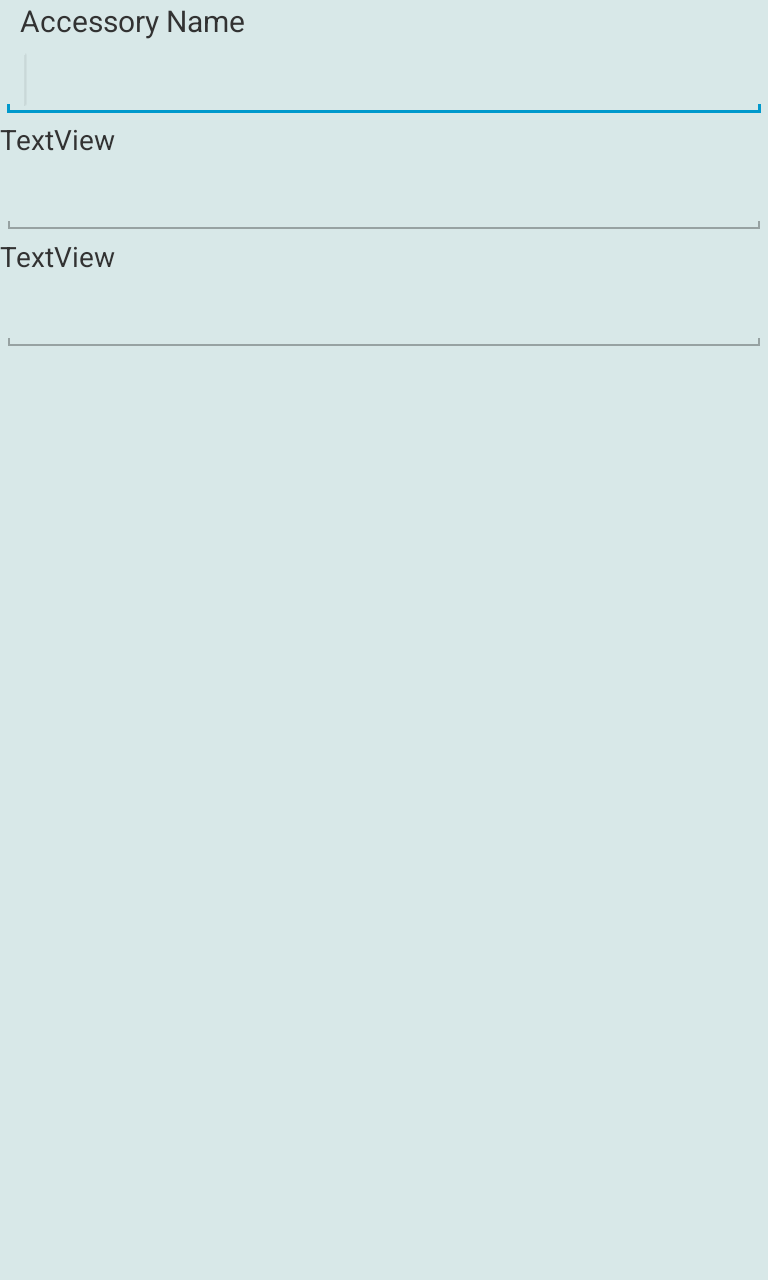
Repository: jemcphe/XCell
Layout: XCell/res/layout/frag_accessories.xml
An editor plug-in stored every save of this project. The layout is shown before and after the next save, followed by the edit.
It is drawn on a 768 x 1280 px phone screen (xhdpi) without system bars, with theme Theme.Xcell; the app's code is not run.

Above is the layout before, as saved 2013-08-16 02:32:04.

### XCell/res/layout/frag_accessories.xml
<?xml version="1.0" encoding="utf-8"?>
<LinearLayout xmlns:android="http://schemas.android.com/apk/res/android"
    android:id="@+id/frag_accessories"
    android:layout_width="match_parent"
    android:layout_height="match_parent"
    android:background="@color/background_xcell"
    android:orientation="vertical" >

    <TextView
        android:layout_width="300dp"
        android:layout_height="wrap_content"
        android:textSize="15dp"
        android:layout_marginLeft="10dp"
        android:text="Accessory Name"/>

    <EditText
        android:id="@+id/editText1"
        android:layout_width="match_parent"
        android:layout_height="wrap_content"
        android:ems="10" >

        <requestFocus />
    </EditText>

    <TextView
        android:id="@+id/textView1"
        android:layout_width="wrap_content"
        android:layout_height="wrap_content"
        android:text="TextView" />

    <EditText
        android:id="@+id/editText2"
        android:layout_width="match_parent"
        android:layout_height="wrap_content"
        android:ems="10"
        android:inputType="numberDecimal" />

    <TextView
        android:id="@+id/textView2"
        android:layout_width="wrap_content"
        android:layout_height="wrap_content"
        android:text="TextView" />

    <EditText
        android:id="@+id/editText3"
        android:layout_width="match_parent"
        android:layout_height="wrap_content"
        android:ems="10"
        android:inputType="number" />

</LinearLayout>

### XCell/res/values/styles_xcell.xml
<?xml version="1.0" encoding="utf-8"?>

<resources>

    <style name="Theme.Xcell" parent="@android:style/Theme.Holo.Light">
        <item name="android:actionBarItemBackground">@drawable/selectable_background_xcell</item>
        <item name="android:popupMenuStyle">@style/PopupMenu.Xcell</item>
        <item name="android:dropDownListViewStyle">@style/DropDownListView.Xcell</item>
        <item name="android:actionBarTabStyle">@style/ActionBarTabStyle.Xcell</item>
        <item name="android:actionDropDownStyle">@style/DropDownNav.Xcell</item>
        <item name="android:actionBarStyle">@style/ActionBar.Solid.Xcell</item>
        <item name="android:actionModeBackground">@drawable/cab_background_top_xcell</item>
        <item name="android:actionModeSplitBackground">@drawable/cab_background_bottom_xcell</item>
        <item name="android:actionModeCloseButtonStyle">@style/ActionButton.CloseMode.Xcell</item>


    </style>

    <style name="ActionBar.Solid.Xcell" parent="@android:style/Widget.Holo.Light.ActionBar.Solid">
        <item name="android:background">@drawable/ab_background_textured_xcell</item>
        <item name="android:backgroundStacked">@drawable/ab_stacked_solid_xcell</item>
        <item name="android:backgroundSplit">@drawable/ab_background_textured_xcell</item>
        <item name="android:progressBarStyle">@style/ProgressBar.Xcell</item>
    </style>

    <style name="ActionBar.Transparent.Xcell" parent="@android:style/Widget.Holo.Light.ActionBar">
        <item name="android:background">@drawable/ab_transparent_xcell</item>
        <item name="android:progressBarStyle">@style/ProgressBar.Xcell</item>
    </style>

    <style name="PopupMenu.Xcell" parent="@android:style/Widget.Holo.Light.ListPopupWindow">
        <item name="android:popupBackground">@drawable/menu_dropdown_panel_xcell</item>
    </style>

    <style name="DropDownListView.Xcell" parent="@android:style/Widget.Holo.Light.ListView.DropDown">
        <item name="android:listSelector">@drawable/selectable_background_xcell</item>
    </style>

    <style name="ActionBarTabStyle.Xcell" parent="@android:style/Widget.Holo.Light.ActionBar.TabView">
        <item name="android:background">@drawable/tab_indicator_ab_xcell</item>
    </style>

    <style name="DropDownNav.Xcell" parent="@android:style/Widget.Holo.Light.Spinner">
        <item name="android:background">@drawable/spinner_background_ab_xcell</item>
        <item name="android:popupBackground">@drawable/menu_dropdown_panel_xcell</item>
        <item name="android:dropDownSelector">@drawable/selectable_background_xcell</item>
    </style>

    <style name="ProgressBar.Xcell" parent="@android:style/Widget.Holo.Light.ProgressBar.Horizontal">
        <item name="android:progressDrawable">@drawable/progress_horizontal_xcell</item>
    </style>

    <style name="ActionButton.CloseMode.Xcell" parent="@android:style/Widget.Holo.Light.ActionButton.CloseMode">
        <item name="android:background">@drawable/btn_cab_done_xcell</item>
    </style>

    <!-- this style is only referenced in a Light.DarkActionBar based theme -->
    <style name="Theme.Xcell.Widget" parent="@android:style/Theme.Holo">
        <item name="android:popupMenuStyle">@style/PopupMenu.Xcell</item>
        <item name="android:dropDownListViewStyle">@style/DropDownListView.Xcell</item>
    </style>

</resources>

### XCell/res/drawable/selectable_background_xcell.xml
<?xml version="1.0" encoding="utf-8"?>
<!-- File created by the Android Action Bar Style Generator

     Copyright (C) 2011 The Android Open Source Project
     Copyright (C) 2012 readyState Software Ltd

     Licensed under the Apache License, Version 2.0 (the "License");
     you may not use this file except in compliance with the License.
     You may obtain a copy of the License at

          http://www.apache.org/licenses/LICENSE-2.0

     Unless required by applicable law or agreed to in writing, software
     distributed under the License is distributed on an "AS IS" BASIS,
     WITHOUT WARRANTIES OR CONDITIONS OF ANY KIND, either express or implied.
     See the License for the specific language governing permissions and
     limitations under the License.
-->

<selector xmlns:android="http://schemas.android.com/apk/res/android"
        android:exitFadeDuration="@android:integer/config_mediumAnimTime" >
    <item android:state_pressed="false" android:state_focused="true" android:drawable="@drawable/list_focused_xcell" />
    <item android:state_pressed="true" android:drawable="@drawable/pressed_background_xcell" />
    <item android:drawable="@android:color/transparent" />
</selector>

### XCell/res/drawable/btn_cab_done_xcell.xml
<?xml version="1.0" encoding="utf-8"?>
<!-- File created by the Android Action Bar Style Generator

     Copyright (C) 2011 The Android Open Source Project
     Copyright (C) 2012 readyState Software Ltd

     Licensed under the Apache License, Version 2.0 (the "License");
     you may not use this file except in compliance with the License.
     You may obtain a copy of the License at

          http://www.apache.org/licenses/LICENSE-2.0

     Unless required by applicable law or agreed to in writing, software
     distributed under the License is distributed on an "AS IS" BASIS,
     WITHOUT WARRANTIES OR CONDITIONS OF ANY KIND, either express or implied.
     See the License for the specific language governing permissions and
     limitations under the License.
-->

<selector xmlns:android="http://schemas.android.com/apk/res/android">
    <item android:state_pressed="true"
        android:drawable="@drawable/btn_cab_done_pressed_xcell" />
    <item android:state_focused="true" android:state_enabled="true"
        android:drawable="@drawable/btn_cab_done_focused_xcell" />
    <item android:state_enabled="true"
        android:drawable="@drawable/btn_cab_done_default_xcell" />
</selector>

### XCell/res/drawable/ab_background_textured_xcell.xml
<?xml version="1.0" encoding="utf-8"?>
<!-- File created by the Android Action Bar Style Generator

     Copyright (C) 2012 readyState Software Ltd

     Licensed under the Apache License, Version 2.0 (the "License");
     you may not use this file except in compliance with the License.
     You may obtain a copy of the License at

          http://www.apache.org/licenses/LICENSE-2.0

     Unless required by applicable law or agreed to in writing, software
     distributed under the License is distributed on an "AS IS" BASIS,
     WITHOUT WARRANTIES OR CONDITIONS OF ANY KIND, either express or implied.
     See the License for the specific language governing permissions and
     limitations under the License.
-->

<bitmap xmlns:android="http://schemas.android.com/apk/res/android"
    android:src="@drawable/ab_texture_tile_xcell"
    android:tileMode="repeat" />

### XCell/res/drawable/progress_horizontal_xcell.xml
<?xml version="1.0" encoding="utf-8"?>
<!-- File created by the Android Action Bar Style Generator

     Copyright (C) 2011 The Android Open Source Project
     Copyright (C) 2012 readyState Software Ltd

     Licensed under the Apache License, Version 2.0 (the "License");
     you may not use this file except in compliance with the License.
     You may obtain a copy of the License at

          http://www.apache.org/licenses/LICENSE-2.0

     Unless required by applicable law or agreed to in writing, software
     distributed under the License is distributed on an "AS IS" BASIS,
     WITHOUT WARRANTIES OR CONDITIONS OF ANY KIND, either express or implied.
     See the License for the specific language governing permissions and
     limitations under the License.
-->

<layer-list xmlns:android="http://schemas.android.com/apk/res/android">

    <item android:id="@android:id/background"
          android:drawable="@drawable/progress_bg_xcell" />

    <item android:id="@android:id/secondaryProgress">
        <scale android:scaleWidth="100%"
               android:drawable="@drawable/progress_secondary_xcell" />
    </item>

    <item android:id="@android:id/progress">
        <scale android:scaleWidth="100%"
               android:drawable="@drawable/progress_primary_xcell" />
    </item>

</layer-list>

### XCell/res/drawable/spinner_background_ab_xcell.xml
<?xml version="1.0" encoding="utf-8"?>
<!-- File created by the Android Action Bar Style Generator

     Copyright (C) 2011 The Android Open Source Project
     Copyright (C) 2012 readyState Software Ltd

     Licensed under the Apache License, Version 2.0 (the "License");
     you may not use this file except in compliance with the License.
     You may obtain a copy of the License at

          http://www.apache.org/licenses/LICENSE-2.0

     Unless required by applicable law or agreed to in writing, software
     distributed under the License is distributed on an "AS IS" BASIS,
     WITHOUT WARRANTIES OR CONDITIONS OF ANY KIND, either express or implied.
     See the License for the specific language governing permissions and
     limitations under the License.
-->

<selector xmlns:android="http://schemas.android.com/apk/res/android">
    <item android:state_enabled="false"
        android:drawable="@drawable/spinner_ab_disabled_xcell" />
    <item android:state_pressed="true"
        android:drawable="@drawable/spinner_ab_pressed_xcell" />
    <item android:state_pressed="false" android:state_focused="true"
        android:drawable="@drawable/spinner_ab_focused_xcell" />
    <item android:drawable="@drawable/spinner_ab_default_xcell" />
</selector>

### XCell/res/drawable/tab_indicator_ab_xcell.xml
<?xml version="1.0" encoding="utf-8"?>
<!-- File created by the Android Action Bar Style Generator

     Copyright (C) 2011 The Android Open Source Project
     Copyright (C) 2012 readyState Software Ltd

     Licensed under the Apache License, Version 2.0 (the "License");
     you may not use this file except in compliance with the License.
     You may obtain a copy of the License at

          http://www.apache.org/licenses/LICENSE-2.0

     Unless required by applicable law or agreed to in writing, software
     distributed under the License is distributed on an "AS IS" BASIS,
     WITHOUT WARRANTIES OR CONDITIONS OF ANY KIND, either express or implied.
     See the License for the specific language governing permissions and
     limitations under the License.
-->

<selector xmlns:android="http://schemas.android.com/apk/res/android">
    <!-- Non focused states -->
    <item android:state_focused="false" android:state_selected="false" android:state_pressed="false" android:drawable="@android:color/transparent" />
    <item android:state_focused="false" android:state_selected="true"  android:state_pressed="false" android:drawable="@drawable/tab_selected_xcell" />

    <!-- Focused states -->
    <item android:state_focused="true" android:state_selected="false" android:state_pressed="false" android:drawable="@drawable/tab_unselected_focused_xcell" />
    <item android:state_focused="true" android:state_selected="true"  android:state_pressed="false" android:drawable="@drawable/tab_selected_focused_xcell" />

    <!-- Pressed -->
    <!--    Non focused states -->
    <item android:state_focused="false" android:state_selected="false" android:state_pressed="true" android:drawable="@drawable/tab_unselected_pressed_xcell" />
    <item android:state_focused="false" android:state_selected="true"  android:state_pressed="true" android:drawable="@drawable/tab_selected_pressed_xcell" />

    <!--    Focused states -->
    <item android:state_focused="true" android:state_selected="false" android:state_pressed="true" android:drawable="@drawable/tab_unselected_pressed_xcell" />
    <item android:state_focused="true" android:state_selected="true"  android:state_pressed="true" android:drawable="@drawable/tab_selected_pressed_xcell" />
</selector>

### XCell/res/drawable/pressed_background_xcell.xml
<?xml version="1.0" encoding="utf-8"?>
<!-- File created by the Android Action Bar Style Generator

     Copyright (C) 2011 The Android Open Source Project
     Copyright (C) 2012 readyState Software Ltd

     Licensed under the Apache License, Version 2.0 (the "License");
     you may not use this file except in compliance with the License.
     You may obtain a copy of the License at

          http://www.apache.org/licenses/LICENSE-2.0

     Unless required by applicable law or agreed to in writing, software
     distributed under the License is distributed on an "AS IS" BASIS,
     WITHOUT WARRANTIES OR CONDITIONS OF ANY KIND, either express or implied.
     See the License for the specific language governing permissions and
     limitations under the License.
-->

<shape xmlns:android="http://schemas.android.com/apk/res/android" android:shape="rectangle">
    <solid android:color="@color/pressed_xcell" />
</shape>

### XCell/res/values/colors_xcell.xml
<?xml version="1.0" encoding="utf-8"?>
<!-- File created by the Android Action Bar Style Generator

     Copyright (C) 2011 The Android Open Source Project
     Copyright (C) 2012 readyState Software Ltd

     Licensed under the Apache License, Version 2.0 (the "License");
     you may not use this file except in compliance with the License.
     You may obtain a copy of the License at

          http://www.apache.org/licenses/LICENSE-2.0

     Unless required by applicable law or agreed to in writing, software
     distributed under the License is distributed on an "AS IS" BASIS,
     WITHOUT WARRANTIES OR CONDITIONS OF ANY KIND, either express or implied.
     See the License for the specific language governing permissions and
     limitations under the License.
-->

<resources>
    <color name="pressed_xcell">#CC33B5E5</color>
    <color name="background_xcell">#d8e8e8</color>
    <color name="xcell_blue">#12679b</color>
</resources>

After the next save:
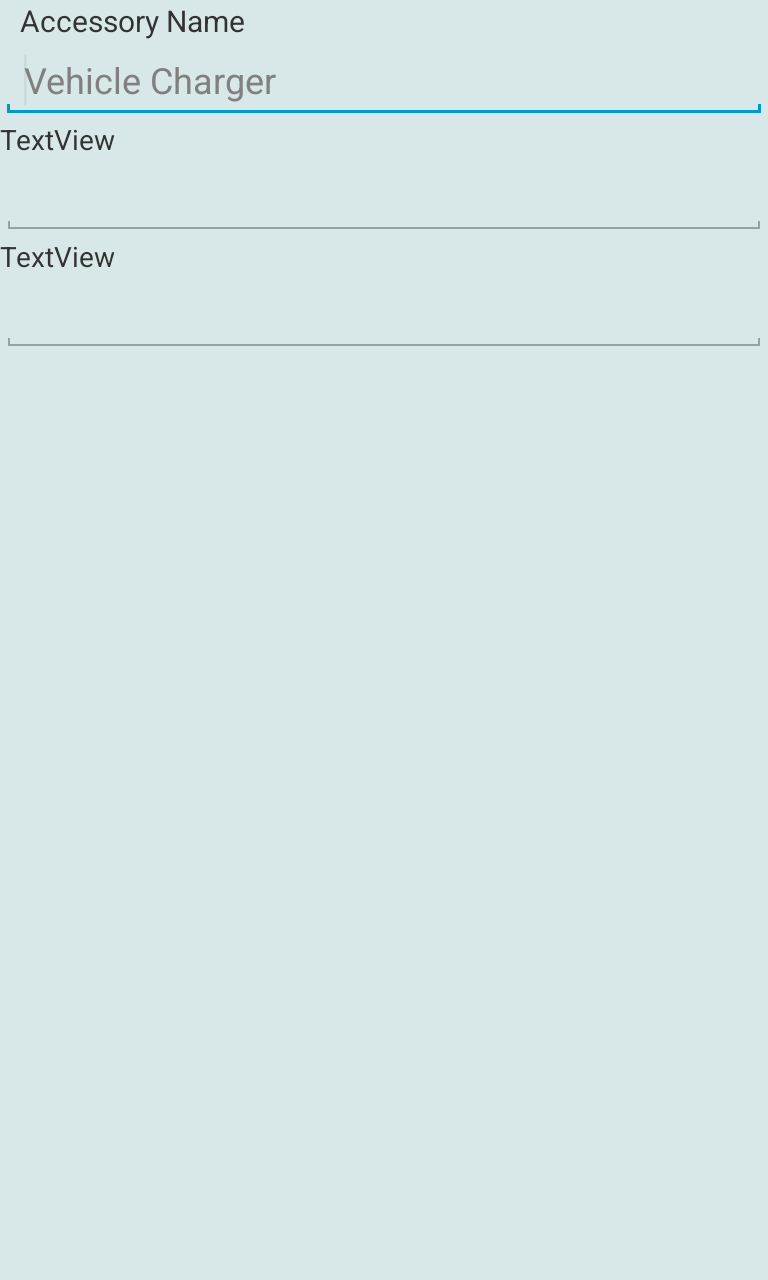
Saved 70 s later.
--- a/XCell/res/layout/frag_accessories.xml
+++ b/XCell/res/layout/frag_accessories.xml
@@ -17,7 +17,8 @@
         android:id="@+id/editText1"
         android:layout_width="match_parent"
         android:layout_height="wrap_content"
-        android:ems="10" >
+        android:ems="10"
+        android:hint="Vehicle Charger">
 
         <requestFocus />
     </EditText>
